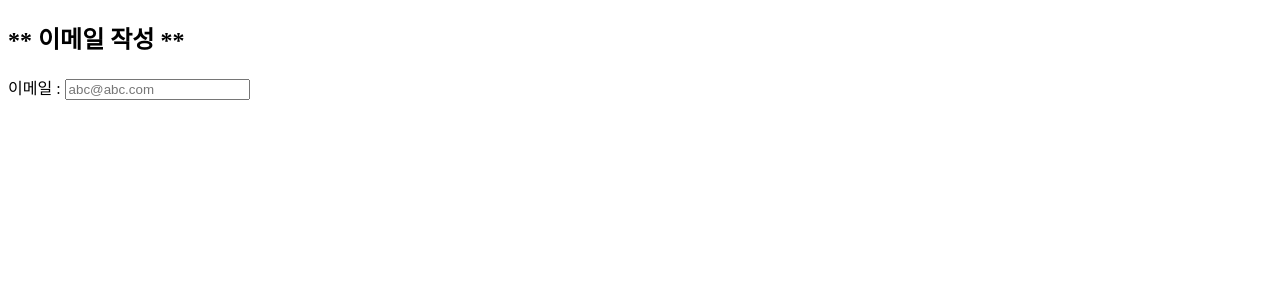
Repository: offbr/Spring
Page: http://localhost/spring_mvc23_mail/send
The author's editor kept a copy of each file at every save. The page is drawn from the files as they stood at one save, then again after the next save.
The browser window is 1280 px wide. The pictures show the whole page.
The page is served by Tomcat 9. Other server files are loaded and not shown.

Above is the page before, as saved 2016-10-18 02:27:24.

### spring_mvc23_mail/src/main/webapp/WEB-INF/view/mailform.jsp
<%@ page language="java" contentType="text/html; charset=UTF-8"
    pageEncoding="UTF-8"%>
<!DOCTYPE html>
<html>
<head>
<meta http-equiv="Content-Type" content="text/html; charset=UTF-8">
<title>Insert title here</title>
</head>
<body>
<h2>** 이메일 작성 **</h2>
<form action="send" method="post">
이메일 : <input type="email" placeholder="abc@abc.com">
</form>
</body>
</html>

After the next save:
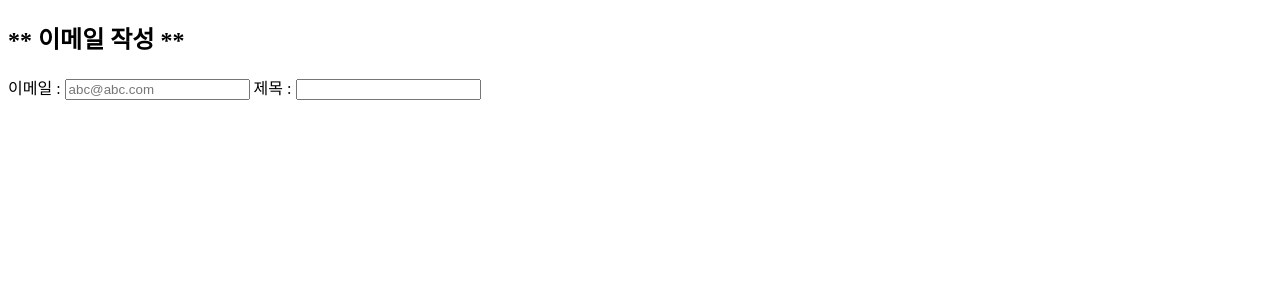
Saved 90 s later.
--- a/spring_mvc23_mail/src/main/webapp/WEB-INF/view/mailform.jsp
+++ b/spring_mvc23_mail/src/main/webapp/WEB-INF/view/mailform.jsp
@@ -10,6 +10,7 @@
 <h2>** 이메일 작성 **</h2>
 <form action="send" method="post">
 이메일 : <input type="email" placeholder="abc@abc.com">
+제목 : <input type="text" name="title">
 </form>
 </body>
 </html>
